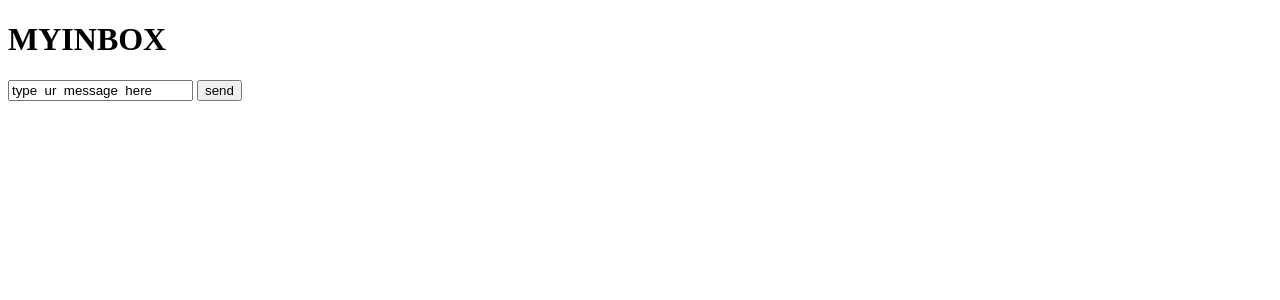
Repository: heenasalim/Java_Script
Page: Simplehtmldemo/WebContent/Messages.html
The author's editor kept a copy of each file at every save. The page is drawn from the files as they stood at one save, then again after the next save.
The browser window is 1280 px wide. The pictures show the whole page.

Above is the page before, as saved 2015-10-12 14:07:24.

After the next save:
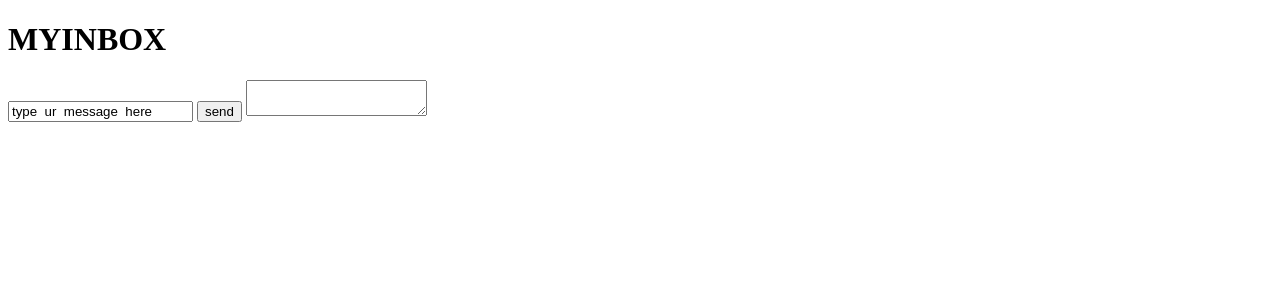
Saved 63 s later.
--- a/Simplehtmldemo/WebContent/Messages.html
+++ b/Simplehtmldemo/WebContent/Messages.html
@@ -9,6 +9,7 @@
 <h1>MYINBOX</h1>
 <input  type="text"  name="tess"  id="t" value="type  ur  message  here"/>
 <input  type="submit"    value="send">
+<textarea rows="" cols=""></textarea>
 </form>
 </body>
 </html>
